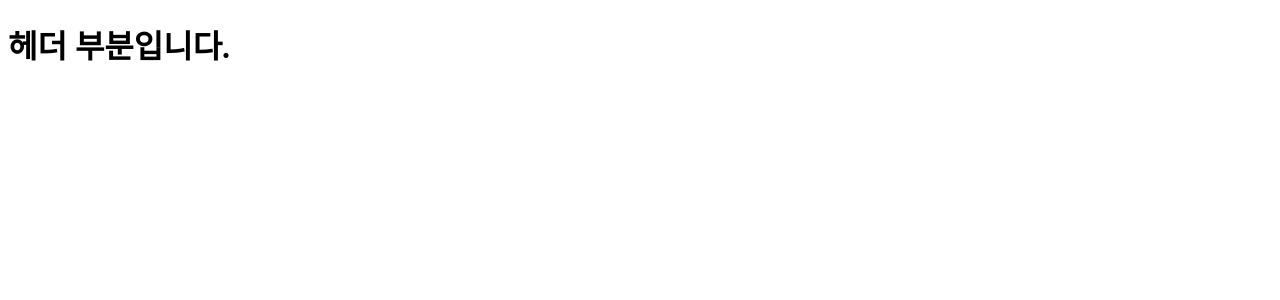
Repository: ifpi98/java_e
Page: http://localhost/jspproject/header.jsp
An editor plug-in stored every save of this project. The page is shown before and after the next save, followed by the edit.
The browser window is 1280 px wide. The pictures show the whole page.
The page is served by Tomcat 9.

Above is the page before, as saved 2023-07-06 03:43:46.

After the next save:
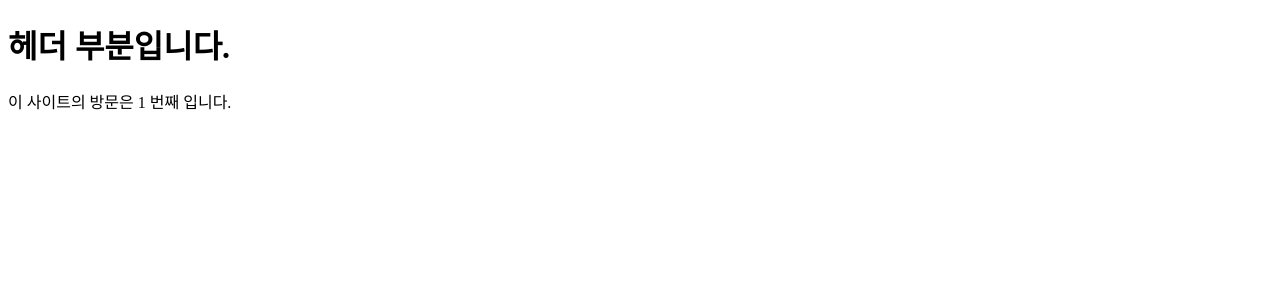
Saved 3 min 55 s later.
--- a/jspproject/src/main/webapp/header.jsp
+++ b/jspproject/src/main/webapp/header.jsp
@@ -10,5 +10,17 @@
 
 <h1> 헤더 부분입니다. </h1>
 
+<%!
+int pageCount = 0;
+void addCount(){
+	pageCount++;
+}%>
+
+<%
+addCount();
+%>
+
+<p> 이 사이트의 방문은 <%= pageCount %> 번째 입니다. </p>
+
 </body>
 </html>
